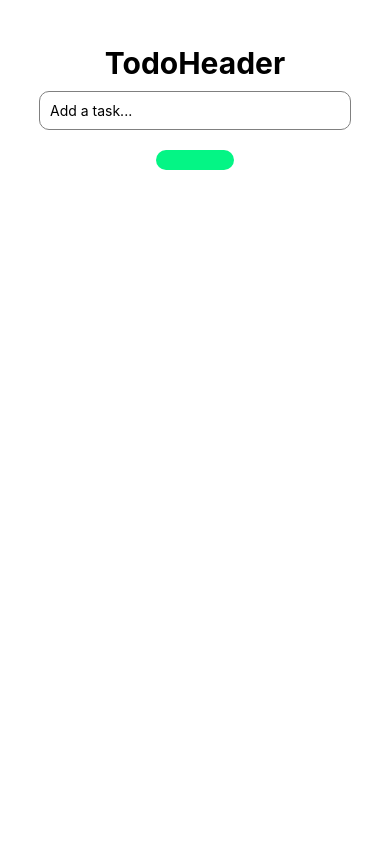
Repository: itadori17/Redux-Todo
Screen: /
The author's editor kept a copy of each file at every save. The screen is drawn from the files as they stood at one save, then again after the next save.
The app was drawn by React Native's web renderer in a window 390 px wide. The project was rebuilt for these pictures with package versions that can differ from the ones it lists, and the page was loaded fresh each time.

Above is the screen before, as saved 2022-08-16 16:30:53.

### App.js
import { StatusBar } from 'expo-status-bar';
import { StyleSheet, Text, View, SafeAreaView } from 'react-native';

//importing Todo
import TodoHeader from './src/components/TodoHeader';

export default function App() {

  const RootApp = () => {
    return (
      <SafeAreaView>
        <TodoHeader/>
      </SafeAreaView>
    );
  };

  return (
    <View>
      <RootApp/>
    </View>
  );
}

### src/components/TodoHeader.js
import { StyleSheet, Text, TextInput, TouchableOpacity, View } from 'react-native';
import React, {useState} from 'react';

const TodoHeader = () => {

    const [todo, setTodo] = useState('');

    return (
        <View>
            <Text style={{
                fontSize: 30,
                fontWeight: 'bold',
                textAlign: 'center',
                marginTop: 45,
            }}
            >
             TodoHeader
                </Text>
                <View
                    style={{
                        justifyContent: 'center',
                        alignItems: 'center',
                    }}
                >
                <TextInput
                    style={{
                        borderColor: 'grey',
                        borderWidth: 1,
                        padding: 10,
                        margin: 10,
                        width: '80%',
                        borderRadius: 10,
                    }}
                    placeholder="Add a task..."
                    onChangeText={(text) => setTodo(text)}
                    value={todo}
                />
                <TouchableOpacity
                style={{
                    backgroundColor: '#04F585',
                    padding: 10,
                    margin: 10,
                    width: '20%',
                    borderRadius: 10,
                    alignItems: 'center',

                }}
                onPress={() => {
                    setTodo('');
                }}
                >
                    <Text style={{ color: 'white' }} ></Text>
                </TouchableOpacity>
                </View>
        </View>
    );
};

export default TodoHeader;

const styles = StyleSheet.create({

});

After the next save:
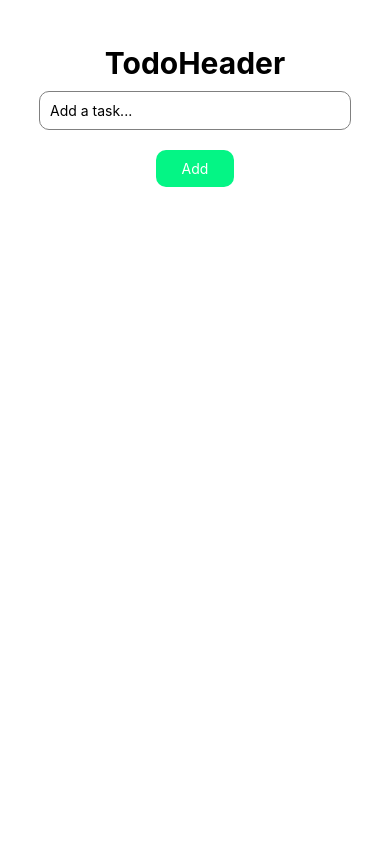
Saved 11 s later.
--- a/src/components/TodoHeader.js
+++ b/src/components/TodoHeader.js
@@ -49,7 +49,7 @@ const TodoHeader = () => {
                     setTodo('');
                 }}
                 >
-                    <Text style={{ color: 'white' }} ></Text>
+                    <Text style={{ color: 'white' }} >Add</Text>
                 </TouchableOpacity>
                 </View>
         </View>
